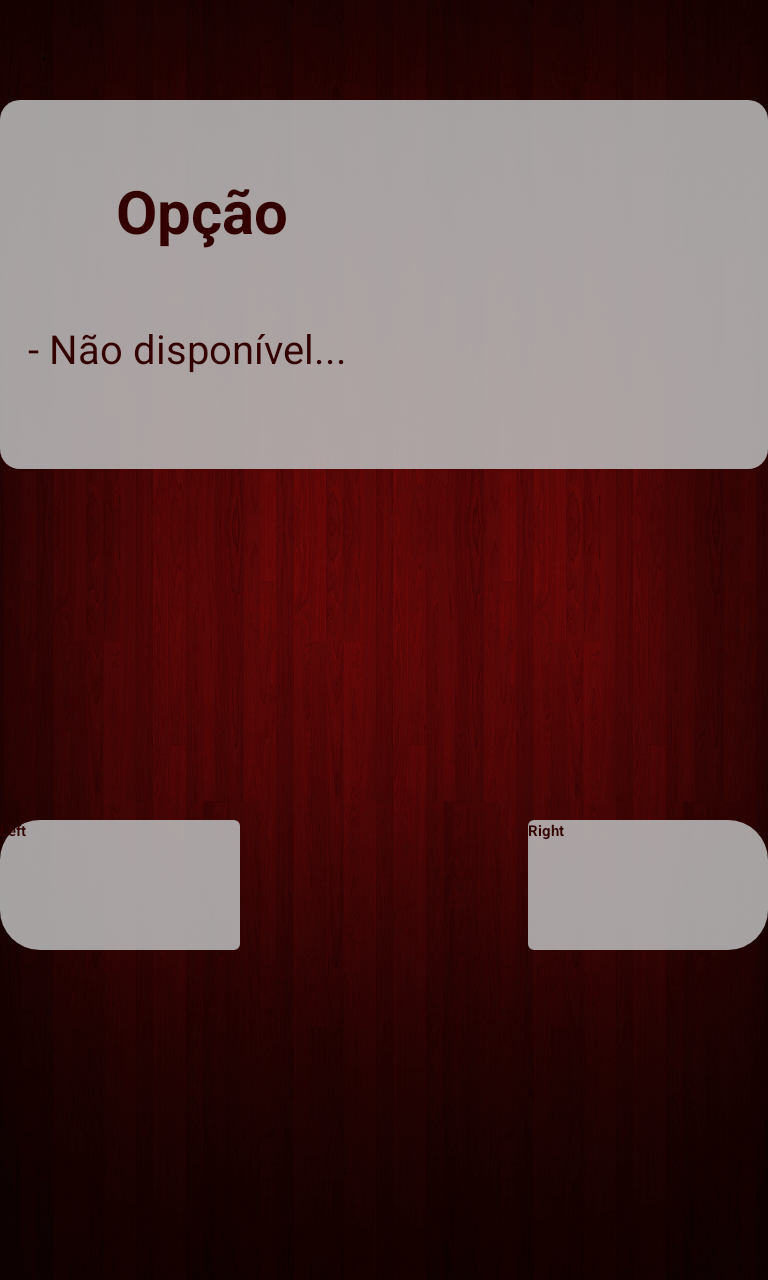
Repository: LuisFilipeDias/eMenu
Layout: SideMenuTutorial/res/layout/display_fragment.xml
An editor plug-in stored every save of this project. The layout is shown before and after the next save, followed by the edit.
It is drawn on a 768 x 1280 px phone screen (xhdpi) without system bars, with theme Theme.Sherlock; the app's code is not run.

Above is the layout before, as saved 2013-12-23 18:56:21.

### SideMenuTutorial/res/layout/display_fragment.xml
<LinearLayout xmlns:android="http://schemas.android.com/apk/res/android"
    xmlns:tools="http://schemas.android.com/tools"
    android:id="@+id/scrollView1"
    android:layout_width="match_parent"
    android:layout_height="match_parent"
	android:layout_marginLeft="15dp"
	android:layout_marginRight="15dp"
    android:orientation="vertical"
    android:background="@drawable/back_a"
    tools:context=".MainActivity" >

	<ScrollView
	    android:layout_width="match_parent"
	    android:layout_height="match_parent" >


    <RelativeLayout
        android:layout_width="match_parent"
        android:layout_height="match_parent">

	    <ScrollView
            android:id="@+id/display_scroll"
	        android:layout_width="match_parent"
	        android:layout_height="380dp" >

            <RelativeLayout
                android:id="@+id/display_ll_1"
                android:layout_width="match_parent"
                android:layout_height="wrap_content"
                android:layout_marginBottom="100dp"
                android:layout_marginTop="50dp"
                android:background="@drawable/center_clicked"
                android:orientation="vertical" >

                <TextView
                    android:id="@+id/bogus_ttl"
                    android:layout_width="202dp"
                    android:layout_height="wrap_content"
                    android:layout_marginBottom="20dp"
                    android:layout_marginTop="35dp"
                    android:layout_alignParentLeft="true"
                    android:gravity="center_horizontal|center_vertical"
                    android:text="@string/bogus_ttl"
                    android:textAppearance="?android:attr/textAppearanceLarge"
                    android:textColor="@color/brown"
                    android:textSize="30sp"
                    android:textStyle="bold" />

                <RelativeLayout
                    android:id="@+id/disp_rel2"
                    android:layout_width="match_parent"
                    android:layout_height="wrap_content"
                    android:layout_marginTop="15dp"
                    android:orientation="vertical"
                    android:layout_below="@+id/bogus_ttl" >

                    <TextView
                        android:id="@+id/bogus_txt"
                        android:layout_width="wrap_content"
                        android:layout_height="wrap_content"
                        android:layout_alignParentLeft="true"
                        android:layout_alignParentTop="true"
                        android:layout_marginLeft="14dp"
                        android:maxWidth="230dp"
                        android:text="@string/bogus_txt"
                        android:textAppearance="?android:attr/textAppearanceLarge"
                        android:textColor="@color/brown"
                        android:textSize="20sp" />

                    <TextView
                        android:id="@+id/bogus_price"
                        android:layout_width="wrap_content"
                        android:layout_height="wrap_content"
                        android:layout_alignParentRight="true"
                        android:layout_alignParentTop="true"
                        android:layout_marginRight="14dp"
                        android:gravity="center_horizontal"
                        android:text="@string/bogus_price"
                        android:textAppearance="?android:attr/textAppearanceLarge"
                        android:textColor="@color/brown"
                        android:textSize="20sp"
                        android:textStyle="bold" />
                </RelativeLayout>
            </RelativeLayout>
    	</ScrollView>

	        <RelativeLayout
	            android:layout_marginTop="30dp"
	            android:layout_width="match_parent"
	            android:layout_height="match_parent"
	            android:layout_alignParentBottom="true"
	            android:layout_below="@+id/display_scroll" >

	            <Button
	                android:id="@+id/right_button"
	                android:text="@string/right_btn_txt"
                    android:textColor="@color/brown"
	                android:textStyle="bold"
	                android:layout_width="120dp"
	                android:layout_height="65dp"
	                android:background="@drawable/right_tri_clicked"
	                android:orientation="vertical"
	                android:layout_alignParentRight="true"
	                android:onClick="rightClicked" >
	            </Button>

	            <Button
	                android:id="@+id/left_button"
	                android:text="@string/left_btn_txt"
                    android:textColor="@color/brown"
	                android:textStyle="bold"
	                android:layout_width="120dp"
	                android:layout_height="65dp"
	                android:background="@drawable/left_tri_clicked"
	                android:orientation="vertical"
	                android:layout_alignParentLeft="true"
	                android:onClick="leftClicked" >
	            </Button>
        	</RelativeLayout>
    </RelativeLayout>
    </ScrollView>

</LinearLayout>

### SideMenuTutorial/res/drawable/center_clicked.xml
<?xml version="1.0" encoding="utf-8"?>
<selector xmlns:android="http://schemas.android.com/apk/res/android">
<!-- Button Focused-->
    <item   android:state_focused="true"
            android:state_pressed="false"
            android:drawable="@drawable/center_bg"
            />
<!-- Button Focused Pressed-->
    <item   android:state_focused="true"
            android:state_pressed="true"
            android:drawable="@drawable/center_bg"
            />
<!-- Button Pressed-->
    <item   android:state_focused="false"
            android:state_pressed="true"
            android:drawable="@drawable/center_bg"
            />
<!-- Button Default Image-->
    <item   android:drawable="@drawable/center_hover"/>

</selector>

### SideMenuTutorial/res/values/strings.xml
<?xml version="1.0" encoding="utf-8"?>
<resources>


    <string name="drawer_close">drawer_close</string>
    <string name="drawer_open">drawer_open</string>
    <string name="title_activity_fetch_database">title_activity_fetch_database</string>
    <string name="title_activity_main">Escolher Restaurante</string>
    <string name="title_activity_display">Escolher Opção</string>
    <string name="title_activity_menu">Restaurantes</string>
    <string name="title_display_activity">Escolher</string>
    <string name="action_settings">action_settings</string>
    <string name="Fragment1">Fragment1</string>
    <string name="Fragment2">Fragment2</string>
    <string name="Fragment3">Fragment3</string>
    <string name="hello_world">Hello</string>
    <string name="Fragment1">Fragment1</string>
    <string name="menu_settings">Definições</string>

    <string name="menu_txt">Menus</string>
    <string name="entry_txt">Entradas</string>
    <string name="meat_txt">Pratos de Carne</string>
    <string name="fish_txt">Pratos de peixe</string>
    <string name="others_txt">Outros Pratos</string>
    <string name="deserts_txt">Sobremesas</string>
    <string name="drinks_txt">Bebidas</string>

    <string name="app_name">eMenu</string>
    <string name="carte_ttl">Ementas</string>
    <string name="info_ttl">Informações</string>

    <string name="resumee_ttl">Resumo:</string>
    <string name="resumee_txt">.    Não definido    </string>
    <string name="website_ttl">Website:</string>
    <string name="website_txt">.    Não definido    </string>
    <string name="location_ttl">Localização:</string>
    <string name="location_txt">.    Não definido    </string>
    <string name="contacts_ttl">Contactos:</string>
    <string name="phone_txt">- Telefones -</string>
    <string name="email_txt">- Emails -</string>

    <string name="bogus_ttl">Opção</string>
    <string name="bogus_txt"> - Não disponível...\n\n</string>
    <string name="bogus_price"> </string>

    <string name="left_btn_txt">Left</string>
    <string name="right_btn_txt">Right</string>
</resources>

### SideMenuTutorial/res/values/colors.xml
<?xml version="1.0" encoding="utf-8"?>
<resources>
        <color name="background_color">#888888</color>
        <color name="text_color">#00FFFF</color>
        <color name="random_color">#0000FF</color>
        <color name="light_grey">#EBEBEB</color>
        <color name="medium_grey">#A0A0A0</color>
        <color name="dark_grey">#646464</color>
        <color name="light_red">#FFE2E2</color>
        <color name="medium_red">#FFB4B4</color>
        <color name="light_blue">#E2E2FF</color>
        <color name="medium_blue">#B4B4FF</color>
        <color name="dark_blue">#0000FF</color>
        <color name="light_green">#E2FFE2</color>
        <color name="medium_green">#B4FFB4</color>
        <color name="emenu_color">#9F9F9F</color>
        <color name="light_orange">#FFC983</color>
        <color name="medium_orange">#FFB778</color>
        <color name="light_yellow">#FFFFBF</color>
        <color name="medium_yellow">#FFFFA3</color>
        <color name="white">#FFFFFF</color>
        <color name="top_blue">#3399CC</color>
        <color name="brown">#330000</color>
</resources>

### SideMenuTutorial/res/drawable/right_tri_clicked.xml
<?xml version="1.0" encoding="utf-8"?>
<selector xmlns:android="http://schemas.android.com/apk/res/android">
<!-- Button Focused-->
    <item   android:state_focused="true"
            android:state_pressed="false"
            android:drawable="@drawable/right_tri_bg"
            />
<!-- Button Focused Pressed-->
    <item   android:state_focused="true"
            android:state_pressed="true"
            android:drawable="@drawable/right_tri_bg"
            />
<!-- Button Pressed-->
    <item   android:state_focused="false"
            android:state_pressed="true"
            android:drawable="@drawable/right_tri_bg"
            />
<!-- Button Default Image-->
    <item   android:drawable="@drawable/right_tri_hover"/>

</selector>

### SideMenuTutorial/res/drawable/left_tri_clicked.xml
<?xml version="1.0" encoding="utf-8"?>
<selector xmlns:android="http://schemas.android.com/apk/res/android">
<!-- Button Focused-->
    <item   android:state_focused="true"
            android:state_pressed="false"
            android:drawable="@drawable/left_tri_bg"
            />
<!-- Button Focused Pressed-->
    <item   android:state_focused="true"
            android:state_pressed="true"
            android:drawable="@drawable/left_tri_bg"
            />
<!-- Button Pressed-->
    <item   android:state_focused="false"
            android:state_pressed="true"
            android:drawable="@drawable/left_tri_bg"
            />
<!-- Button Default Image-->
    <item   android:drawable="@drawable/left_tri_hover"/>

</selector>

### SideMenuTutorial/res/drawable/left_tri_bg.xml
<?xml version="1.0" encoding="UTF-8"?>
<shape xmlns:android="http://schemas.android.com/apk/res/android">
<!--this is to give gradient effect -->
<gradient   android:angle="270"
            android:startColor="#FFFFFFFF"
            android:endColor="#FFFFFFFF"
            />
<!-- this is make corners of button rounded -->
<corners    android:topLeftRadius="20dip"
               android:bottomRightRadius="3dip"
               android:topRightRadius="3dip"
               android:bottomLeftRadius="20dip"/>

</shape>

### SideMenuTutorial/res/drawable/left_tri_hover.xml
<?xml version="1.0" encoding="UTF-8"?>
<shape xmlns:android="http://schemas.android.com/apk/res/android">
<!--this is to give gradient effect -->
<gradient   android:angle="270"
               android:startColor="#DDBBBBBB"
               android:endColor="#DDBBBBBB"
               />
<!-- this is make corners of button rounded -->
<corners    android:topLeftRadius="20dip"
               android:bottomRightRadius="3dip"
               android:topRightRadius="3dip"
               android:bottomLeftRadius="20dip"/>

</shape>

### SideMenuTutorial/res/drawable/right_tri_bg.xml
<?xml version="1.0" encoding="UTF-8"?>
<shape xmlns:android="http://schemas.android.com/apk/res/android">
<!--this is to give gradient effect -->
<gradient   android:angle="270"
            android:startColor="#FFFFFFFF"
            android:endColor="#FFFFFFFF"
            />
<!-- this is make corners of button rounded -->
<corners    android:topLeftRadius="3dip"
               android:bottomRightRadius="20dip"
               android:topRightRadius="20dip"
               android:bottomLeftRadius="3dip"/>

</shape>

### SideMenuTutorial/res/drawable/right_tri_hover.xml
<?xml version="1.0" encoding="UTF-8"?>
<shape xmlns:android="http://schemas.android.com/apk/res/android">
<!--this is to give gradient effect -->
<gradient   android:angle="270"
               android:startColor="#DDBBBBBB"
               android:endColor="#DDBBBBBB"
               />
<!-- this is make corners of button rounded -->
<corners    android:topLeftRadius="3dip"
               android:bottomRightRadius="20dip"
               android:topRightRadius="20dip"
               android:bottomLeftRadius="3dip"/>

</shape>

### SideMenuTutorial/res/drawable/center_bg.xml
<?xml version="1.0" encoding="UTF-8"?>
<shape xmlns:android="http://schemas.android.com/apk/res/android">
<!--this is to give gradient effect -->
<gradient   android:angle="270"
            android:startColor="#FFFFFFFF"
            android:endColor="#FFFFFFFF"
            />
<!-- this is make corners of button rounded -->
<corners    android:topLeftRadius="10dip"
               android:bottomRightRadius="10dip"
               android:topRightRadius="10dip"
               android:bottomLeftRadius="10dip"/>

</shape>

### SideMenuTutorial/res/drawable/center_hover.xml
<?xml version="1.0" encoding="UTF-8"?>
<shape xmlns:android="http://schemas.android.com/apk/res/android">
<!--this is to give gradient effect -->
<gradient   android:angle="270"
               android:startColor="#DDBBBBBB"
               android:endColor="#DDBBBBBB"
               />
<!-- this is make corners of button rounded -->
<corners    android:topLeftRadius="10dip"
               android:bottomRightRadius="10dip"
               android:topRightRadius="10dip"
               android:bottomLeftRadius="10dip"/>

</shape>

After the next save:
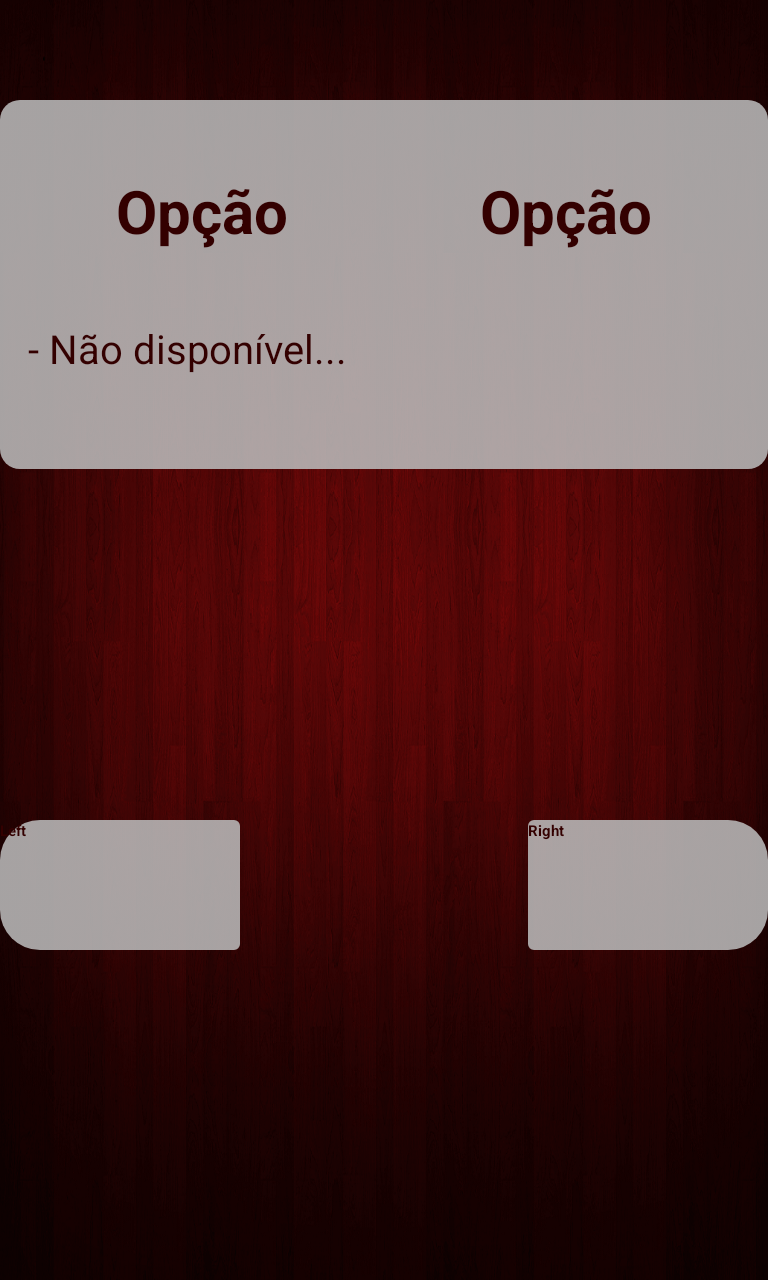
Saved 12 s later.
--- a/SideMenuTutorial/res/layout/display_fragment.xml
+++ b/SideMenuTutorial/res/layout/display_fragment.xml
@@ -39,6 +39,20 @@
                     android:layout_marginBottom="20dp"
                     android:layout_marginTop="35dp"
                     android:layout_alignParentLeft="true"
+                    android:gravity="center_horizontal|center_vertical"
+                    android:text="@string/bogus_ttl"
+                    android:textAppearance="?android:attr/textAppearanceLarge"
+                    android:textColor="@color/brown"
+                    android:textSize="30sp"
+                    android:textStyle="bold" />
+
+                <TextView
+                    android:id="@+id/bogus_ttl"
+                    android:layout_width="202dp"
+                    android:layout_height="wrap_content"
+                    android:layout_marginBottom="20dp"
+                    android:layout_marginTop="35dp"
+                    android:layout_alignParentRight="true"
                     android:gravity="center_horizontal|center_vertical"
                     android:text="@string/bogus_ttl"
                     android:textAppearance="?android:attr/textAppearanceLarge"
